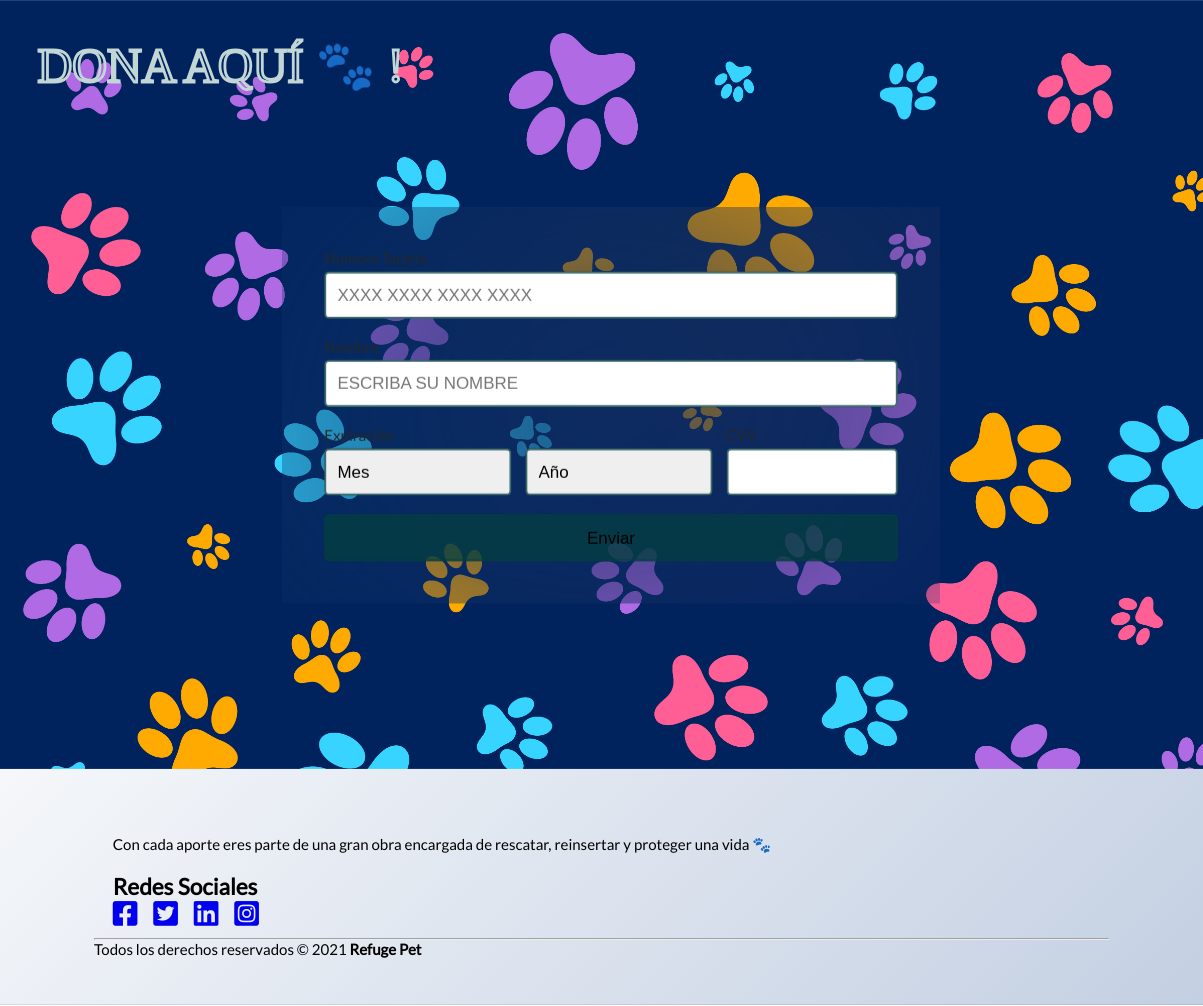
Repository: andreasvidal/SCL019-card-validation
Page: src/views/cardvalidation.html
An editor plug-in stored every save of this project. The page is shown before and after the next save, followed by the edit.
The browser window is 1280 px wide. The pictures show the whole page, at 94% of full size.
Some web fonts or font styles are not loaded; a fallback is used. Some web libraries are served in a nearby version.

Above is the page before, as saved 2022-04-13 09:41:57.

### src/views/cardvalidation.html
<!DOCTYPE html>
<html lang="en">

<head>
    <meta charset="UTF-8" />
    <meta http-equiv="X-UA-Compatible" content="IE=edge" />
    <meta name="viewport" content="width=device-width, initial-scale=1.0" />
    <link rel="preconnect" href="https://fonts.googleapis.com" />
    <link rel="preconnect" href="https://fonts.gstatic.com" crossorigin />
    <link href="https://fonts.googleapis.com/css2?family=Lato:ital,wght@0,400;1,700&display=swap" rel="stylesheet" />
    <link rel="preconnect" href="https://fonts.googleapis.com" />
    <link rel="preconnect" href="https://fonts.gstatic.com" crossorigin />
    <link href="https://fonts.googleapis.com/css2?family=Hurricane&family=Lato:ital,wght@1,700&display=swap" rel="stylesheet" />
    <link rel="stylesheet" href="https://use.fontawesome.com/releases/v5.8.1/css/all.css" integrity="sha384-50oBUHEmvpQ+1lW4y57PTFmhCaXp0ML5d60M1M7uH2+nqUivzIebhndOJK28anvf" crossorigin="anonymous" />
    <link rel="stylesheet" href="../css/formstyle.css" />
    <link rel="stylesheet" href="../css/style.css" />
    <title>Formulario</title>
</head>

<!--contenido principal formulario-->

<body>
    <div class="subtitle">
        <p class="subtitle">DONA AQUÍ 🐾 !</p>
    </div>
    <form id="formValidation" class="form-validation">
        <div class="bg-blur">
            <div class="data-card" id="dataForm">
                <label for="inputNumber">Número Tarjeta</label>
                <input type="text" id="inputNumber" name="number" maxlength="16" autocomplete="off" pattern="[0-9]+" placeholder="XXXX XXXX XXXX XXXX" required />
                <h5 id="print"></h5>
            </div>
            <div class="data-card">
                <label for="inputNameUser">Nombre </label>
                <input type="text" id="inputNameUser" name="nameUser" placeholder="Escriba su nombre" required />
                <h5 id="print"></h5>
            </div>
            <!--datos expiración tarjeta-->
            <div class="flexbox">
                <div class="data-card expider-date">
                    <label for="monthSelect">Expiración</label>
                    <div class="flexbox">
                        <div class="data-card-select">
                            <select name="monthSelect" id="monthSelect" required>
                <option disabled selected>Mes</option>
                <option value="1">1</option>
                <option value="2">2</option>
                <option value="3">3</option>
                <option value="4">4</option>
                <option value="5">5</option>
                <option value="6">6</option>
                <option value="7">7</option>
                <option value="8">8</option>
                <option value="9">9</option>
                <option value="10">10</option>
                <option value="11">11</option>
                <option value="12">12</option>
              </select>
                        </div>
                        <div class="data-card-select">
                            <select name="yearSelect" id="yearSelect" required>
                <option disabled selected>Año</option>
                <option value="2">2014</option>
                <option value="5">2015</option>
                <option value="6">2016</option>
                <option value="7">2017</option>
                <option value="8">2018</option>
                <option value="9">2019</option>
                <option value="10">2020</option>
                <option value="11">2021</option>
                <option value="12">2022</option>
              </select>
                        </div>
                    </div>
                </div>
                <div class="data-card ccv">
                    <label for="inputCcv">CVV</label>
                    <input type="text" id="inputCcv" name="inputCcv" maxlength="3" required />
                </div>
            </div>
            <button type="submit" value="sendForm" class="btn-send" id="sendForm">
        Enviar
      </button>
        </div>
    </form>
    <footer>
        <div class="container__footer">
            <div class="box__footer">
                <div class="terms">
                    <p>
                        Con cada aporte eres parte de una gran obra encargada de rescatar, reinsertar y proteger una vida 🐾
                    </p>
                </div>
            </div>
            <div class="box__footer">
                <h2>Redes Sociales</h2>
                <a href="#"> <i class="fab fa-facebook-square"></i></a>
                <a href="#"><i class="fab fa-twitter-square"></i></a>
                <a href="#"><i class="fab fa-linkedin"></i></a>
                <a href="#"><i class="fab fa-instagram-square"></i></a>
            </div>
        </div>
        <div class="box__copyright">
            <hr />
            <p>Todos los derechos reservados © 2021 <b>Refuge Pet</b></p>
        </div>
    </footer>
    <!-- jQuery-->
    <script src="https://ajax.googleapis.com/ajax/libs/jquery/3.6.0/jquery.min.js"></script>
    <!--materialize -->
    <!--JS-->
    <script src="../js/index.js" type="module"></script>
</body>

</html>

### src/css/formstyle.css
* {
    padding: 0;
    margin: 0;
    box-sizing: border-box;
}

body {
    font-family: 'Lato', 'sans-serif';
    background-image: url(../assets/img/fondopatas.jpg);
    background-size: cover;
    background-repeat: no-repeat;
}


/*estilos formulario validacion*/

.form-validation {
    color: beige;
    width: 100%;
    max-width: 700px;
    margin-left: 300px;
    border-radius: 10px;
    position: relative;
    top: 80px;
    z-index: 1;
}

.bg-blur {
    backdrop-filter: blur(10rem);
    width: 100%;
    padding: 45px;
}

.form-validation label {
    display: block;
    color: rgb(38, 41, 41);
    margin-bottom: 5px;
    font-size: 16px;
}

.form-validation input,
.form-validation select,
.btn-send {
    border: 2px solid rgba(4, 63, 63, 0.753);
    font-size: 18px;
    height: 50px;
    width: 100%;
    padding: 5px 12px;
    border-radius: 5px;
}

.form-validation input:hover,
.form-validation select:hover {
    border: 2px solid rgb(23, 24, 24);
}

.form-validation input:focus,
.form-validation select:focus {
    outline: rgb(173, 182, 182);
    box-shadow: 0 8px 8px 0 rgba(32, 38, 46, 0.3);
}

.form-validation input {
    margin-bottom: 20px;
    text-transform: uppercase;
}

.form-validation .flexbox {
    display: flex;
    justify-content: space-between;
}

.form-validation .expider-date {
    width: 100%;
}

.form-validation .ccv {
    min-width: 10px;
}

.form-validation .data-card-select {
    width: 100%;
    margin-right: 15px;
    position: relative;
}

.form-validation select {
    -webkit-appearance: none;
}


/*backgrond btn enviar*/

.btn-send {
    background: rgba(4, 63, 63, 0.753);
    ;
}

#print {
    color: rgb(38, 41, 41);
    font-size: 16px;
}


/*footer*/

.terms {
    height: 30px;
    margin-bottom: 50px;
}

footer {
    width: 100%;
    padding: 50px 100px;
    margin-top: 20%;
    background-size: cover;
    /*background: rgb(58, 89, 180);*/
    background-image: linear-gradient(135deg, #f5f7fa 0%, #c3cfe2 100%);
}

.box__footer {
    padding: 20px;
    height: 10px;
}

.fab {
    padding-right: 40px;
    width: 20px;
    height: 20px;
    font-size: 30px;
}

.box__copyright {
    padding-top: 50px;
}

### src/css/style.css
 * {
     padding: 0;
     margin: 0;
     box-sizing: border-box;
 }

 body {
     font-family: 'Lato', 'sans-serif';
     background-image: url(../assets/img/fondopatas.jpg);
 }
 /*estilo titulo*/

 .title-h1 {
     font-family: 'Raleway', sans-serif;
     text-decoration: underline overline wavy rgba(183, 0, 255, 0.514);
     padding: 40px 100px;
     color: rgb(74, 80, 80);
     display: flex;
     flex-direction: column;
     align-items: center;
     box-shadow: 0 10px 10px 0 rgba(90, 116, 148, 0.3);
     background-image: linear-gradient(135deg, #f5f7fa 0%, #c3cfe2 100%);
     font-size: 8vw;
 }

 .subtitle {
     font-family: 'Shadows Into Light', cursive;
     padding: 20px 20px;
     color: rgb(74, 80, 80);
     font-size: 4vw;
     -webkit-text-fill-color: transparent;
     -webkit-text-stroke: 3px rgb(195, 214, 214);
 }

 .img-banner {
     display: flex;
     height: 500px;
     z-index: -1;
     flex-direction: row;
     margin-left: 50px;
     align-items: center;
     margin-bottom: -50px;
     border-radius: 15px;
 }
 /*contenedor tarjeta*/

 .container {
     width: 90%;
     max-width: 1000px;
     padding: 20px 60px;
     margin: auto;
     display: flex;
     /* deja los elementos en forma de columna*/
     flex-direction: column;
     /*align-items no sirve para centrar de forma vertical (se utiliza justify), se utiliza al cambiar la dirección con flex-direction*/
     align-items: center;
 }
 /*estilo tarjeta*/

 .card {
     padding-top: 30px;
     width: 100%;
     max-width: 550px;
     position: relative;
     color: rgb(37, 36, 36);
     cursor: pointer;
 }

 .card>div {
     padding: 30px;
     border-radius: 15px;
     min-height: 315px;
     display: flex;
     flex-direction: column;
     justify-content: space-between;
     box-shadow: 0 10px 10px 0 rgba(90, 116, 148, 0.822);
 }

 .style-card {
     width: 100%;
     background: url(../assets/img/background-card/bg-img-2.jpg);
     background-size: cover;
 }
 /*para mantener el espeacio de la imagen logo (contenedor vacio)*/

 .style-card .logo-card {
     text-align: right;
     min-height: 50px;
 }

 .style-card .logo-card img {
     width: 100%;
     height: 100%;
     object-fit: cover;
     max-width: 80px;
 }

 .style-card .chip-card {
     width: 100%;
     max-width: 50px;
     margin-bottom: 20px;
 }

 .style-card .form-group .card-label {
     font-size: 16px;
     color: rgb(115, 131, 131);
     margin-bottom: 5px;
 }

 .style-card .card-group .number-card,
 .style-card .card-group .name-card,
 .style-card .card-group .expider {
     /*color: rgb(74, 80, 80);*/
     font-size: 22px;
     text-transform: uppercase;
 }

 .style-card .flexbox {
     display: flex;
     justify-content: space-between;
     margin-top: 20px;
 }
 /*btn abrir formulario*/

 .btn-open {
     color: rgb(195, 214, 214);
     box-shadow: 0 10px 10px 0 rgba(90, 116, 148, 0.3);
     background: rgba(183, 0, 255, 0.514);
     width: 50px;
     height: 50px;
     margin-top: -10px;
     border-radius: 100%;
     z-index: 2;
 }

 .btn-open:hover {
     opacity: 0.50;
     -moz-opacity: .50;
     filter: alpha (opacity=50);
 }

 .btn-open {
     text-decoration: none;
     padding-top: 15px;
     text-align: center;
 }
 /*footer*/

 .terms {
     height: 30px;
     margin-bottom: 50px;
 }

 footer {
     width: 100%;
     padding: 50px 100px;
     margin-top: 20%;
     background-size: cover;
     /*background: rgb(58, 89, 180);*/
     background-image: linear-gradient(135deg, #f5f7fa 0%, #c3cfe2 100%);
     box-shadow: 0 10px 10px 0 rgba(90, 116, 148, 0.3);
 }

 .box__footer {
     padding: 20px;
     height: 10px;
 }

 .fab {
     padding-right: 40px;
     width: 20px;
     height: 20px;
     font-size: 30px;
 }

 .box__copyright {
     padding-top: 50px;
 }

### src/js/index.js
/*import validator from '../js/validator.js';

//Llamando al DOM

const btnForm = document.getElementById("sendForm");
const form = document.getElementById("#formValidation");
btnForm.addEventListener('click', function(e) {
    e.preventDefault();
    let creditCardNumber = document.getElementById('inputNumber').value;
    let maskified = validator.maskify(creditCardNumber);
    if (creditCardNumber === "") {
        return document.getElementById("print").innerHTML = "Reingrese su número de tarjeta sin espacios ni carácteres especiales";
    } else {
        return document.getElementById("print").innerHTML = "Tu tarjeta N° " + maskified + " es válida";
    }
})


// inputName solo letras, inputCcv y inputNumber  solo numeros
let inputNumber = document.getElementById('inputNumber');
let inputName = document.getElementById('inputNameUser');
let inputCcv = document.getElementById('inputCcv');

const onlyNum = /[^0-9]/g;
const onlypLet = /[^a-zA-ZÑñáéíóúÁÉÍÓÚ\s]*$/g;
inputNumber.addEventListener('input', function() {
    inputNumber.value = inputNumber.value.replace(onlyNum, '');
});
inputName.addEventListener('input', function() {
    inputName.value = inputName.value.replace(onlypLet, '');
});
inputCcv.addEventListener('input', function() {
    inputCcv.value = inputCcv.value.replace(onlyNum, '');
});

// mes y años
for (let i = 1; i <= 12; i++) {
    let optionDate = document.createElement('option');
    optionDate.value = i;
    optionDate.innerText = i;
    form.monthSelect.appendChild(optionDate);
}

// * Select del año generado dinamicamente.
const yearActual = new Date().getFullYear();
for (let i = yearActual; i <= yearActual + 8; i++) {
    let optionDate = document.createElement('option');
    optionDate.value = i;
    optionDate.innerText = i;
    optionDate.selectYear.appendChild(optionDate);
}*/

After the next save:
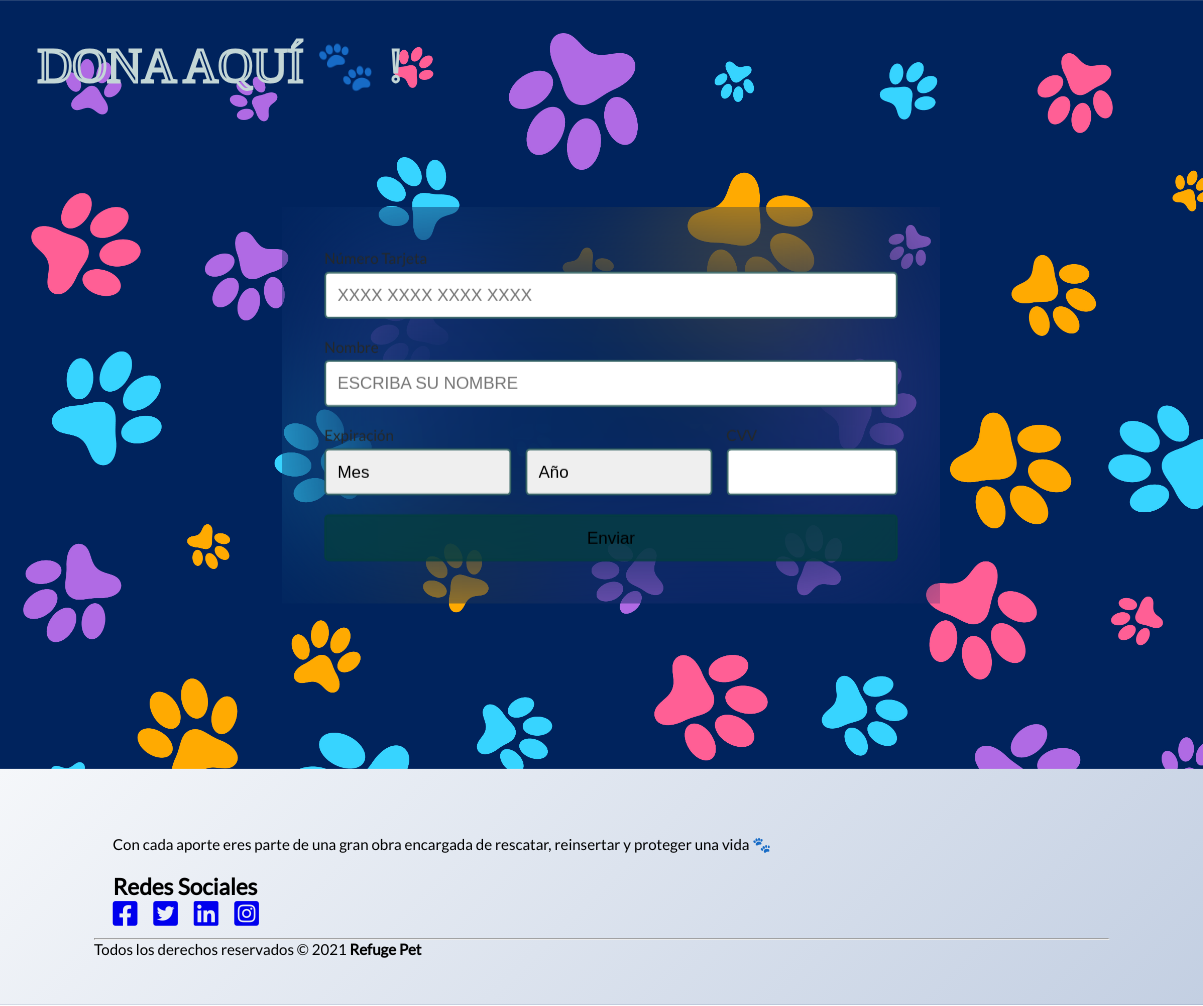
Saved 15 s later.
--- a/src/css/formstyle.css
+++ b/src/css/formstyle.css
@@ -26,7 +26,7 @@ body {
 }
 
 .bg-blur {
-    backdrop-filter: blur(10rem);
+    backdrop-filter: blur(5rem);
     width: 100%;
     padding: 45px;
 }
